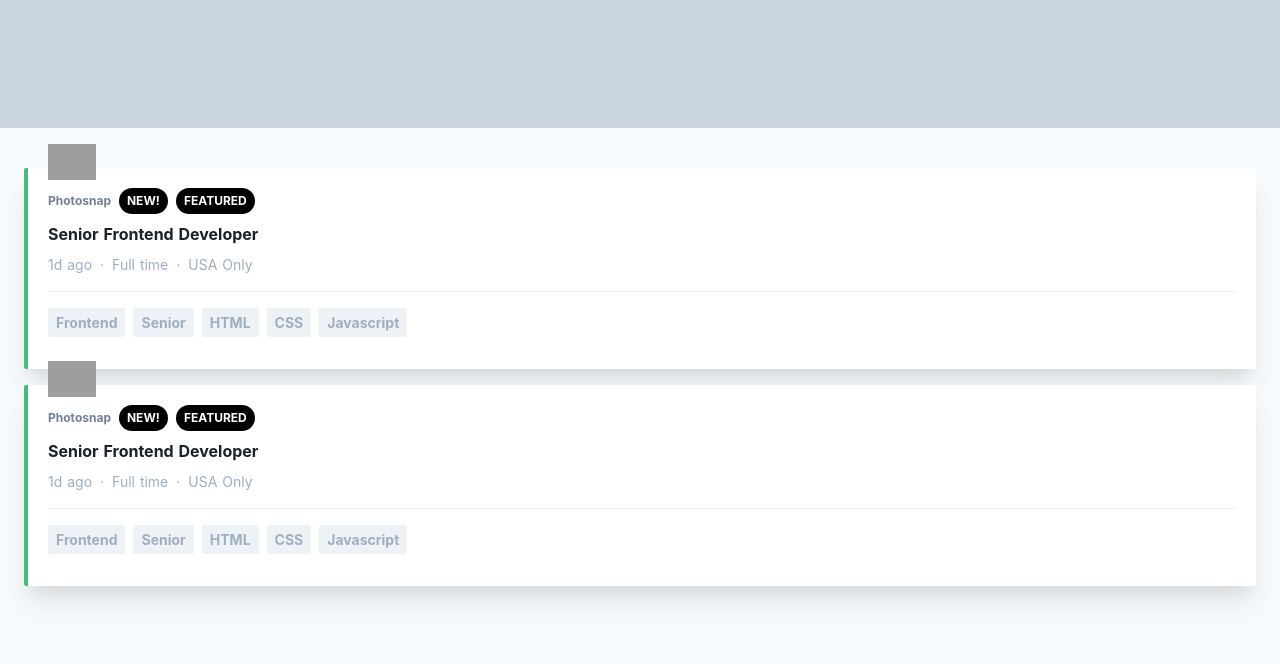
Repository: asongdon/frontendmentor-joblisting
Page: /
An editor plug-in stored every save of this project. The page is shown before and after the next save, followed by the edit.
The browser window is 1280 px wide. The pictures show the whole page.
Pictures or frames that could not be fetched are drawn as grey boxes. The project was rebuilt for these pictures with package versions that can differ from the ones it lists, and the page was loaded fresh each time. The framework's server and built-in components were replaced by stand-ins that run in the browser. Also part of the build but not shown: nuxt.config.js.

Above is the page before, as saved 2020-04-12 21:03:17.

### layouts/default.vue
<template>
  <div class="h-screen">
    <Header/>
    <nuxt />
  </div>
</template>

<script>
import Header from '@/components/Header.vue'

export default {
  components: {
    Header
  },
}
</script>

<style>
html {
  font-family: 'Inter', -apple-system, BlinkMacSystemFont, 'Segoe UI',
    Roboto, 'Helvetica Neue', Arial, sans-serif;
  font-size: 16px;
  word-spacing: 1px;
  -ms-text-size-adjust: 100%;
  -webkit-text-size-adjust: 100%;
  -moz-osx-font-smoothing: grayscale;
  -webkit-font-smoothing: antialiased;
  box-sizing: border-box;
  @apply bg-gray-100;
}

*,
*:before,
*:after {
  box-sizing: border-box;
  margin: 0;
}

.button--green {
  display: inline-block;
  border-radius: 4px;
  border: 1px solid #3b8070;
  color: #3b8070;
  text-decoration: none;
  padding: 10px 30px;
}

.button--green:hover {
  color: #fff;
  background-color: #3b8070;
}

.button--grey {
  display: inline-block;
  border-radius: 4px;
  border: 1px solid #35495e;
  color: #35495e;
  text-decoration: none;
  padding: 10px 30px;
  margin-left: 15px;
}

.button--grey:hover {
  color: #fff;
  background-color: #35495e;
}
</style>

### pages/index.vue
<template>
  <div class="container py-10 px-6">
    <Maincard/>
    <Maincard/>
  </div>
</template>

<script>
import Maincard from '@/components/Maincard'
export default {
  components: {
    Maincard
  }
}
</script>

<style>
/* Sample `apply` at-rules with Tailwind CSS
.container {
  @apply min-h-screen flex justify-center items-center text-center mx-auto;
}
*/

</style>

### components/Header.vue
<template>
  <div class="w-full h-32 bg-gray-400"></div>
</template>

<script>
export default {}
</script>

<style></style>

### components/Maincard.vue
<template>
  <div
    class="flex flex-col flex-no-wrap rounded-sm px-5 border-l-4 border-green-500 bg-white shadow-xl pb-4 mb-4"
  >
    <div class="-mt-6 mb-2">
      <img class="w-12" src="~/assets/logos/faceit.svg" alt="" />
    </div>

    <div class="flex items-center">
      <div class="text-xs font-bold text-gray-600">Photosnap</div>
      <div class="flex text-xs font-bold">
        <div class="bg-black text-white rounded-full px-2 py-1 uppercase ml-2">
          New!
        </div>
        <div class="bg-black text-white rounded-full px-2 py-1 uppercase ml-2">
          Featured
        </div>
      </div>
    </div>

    <div class="mt-2 font-bold text-gray-900">
      Senior Frontend Developer
    </div>

    <div class="flex text-sm mt-2 text-gray-500 border-b border-gray-200 pb-4">
      <div class="mr-2">1d ago</div>
      <div class="mr-2">·</div>
      <div class="mr-2">Full time</div>
      <div class="mr-2">·</div>
      <div>USA Only</div>
    </div>

    <div class="mt-4 flex flex-wrap justify-start">
      <div
        class="px-2 py-1 bg-gray-200 text-gray-500 rounded-sm font-bold mr-2 mb-4 text-sm"
      >
        Frontend
      </div>
      <div
        class="px-2 py-1 bg-gray-200 text-gray-500 rounded-sm font-bold mr-2 mb-4 text-sm"
      >
        Senior
      </div>
      <div
        class="px-2 py-1 bg-gray-200 text-gray-500 rounded-sm font-bold mr-2 mb-4  text-sm"
      >
        HTML
      </div>
      <div
        class="px-2 py-1 bg-gray-200 text-gray-500 rounded-sm font-bold mr-2 mb-4  text-sm"
      >
        CSS
      </div>
      <div
        class="px-2 py-1 bg-gray-200 text-gray-500 rounded-sm font-bold mr-2 mb-4  text-sm"
      >
        Javascript
      </div>
    </div>
  </div>
</template>

<script>
export default {}
</script>

<style></style>

Loaded but not shown: assets/css/tailwind.css (common file); tailwind.config.js (common file); store/filter.js (no copy from this time; the picture is the same without it); store/index.js (no copy from this time; the picture is the same without it)

After the next save:
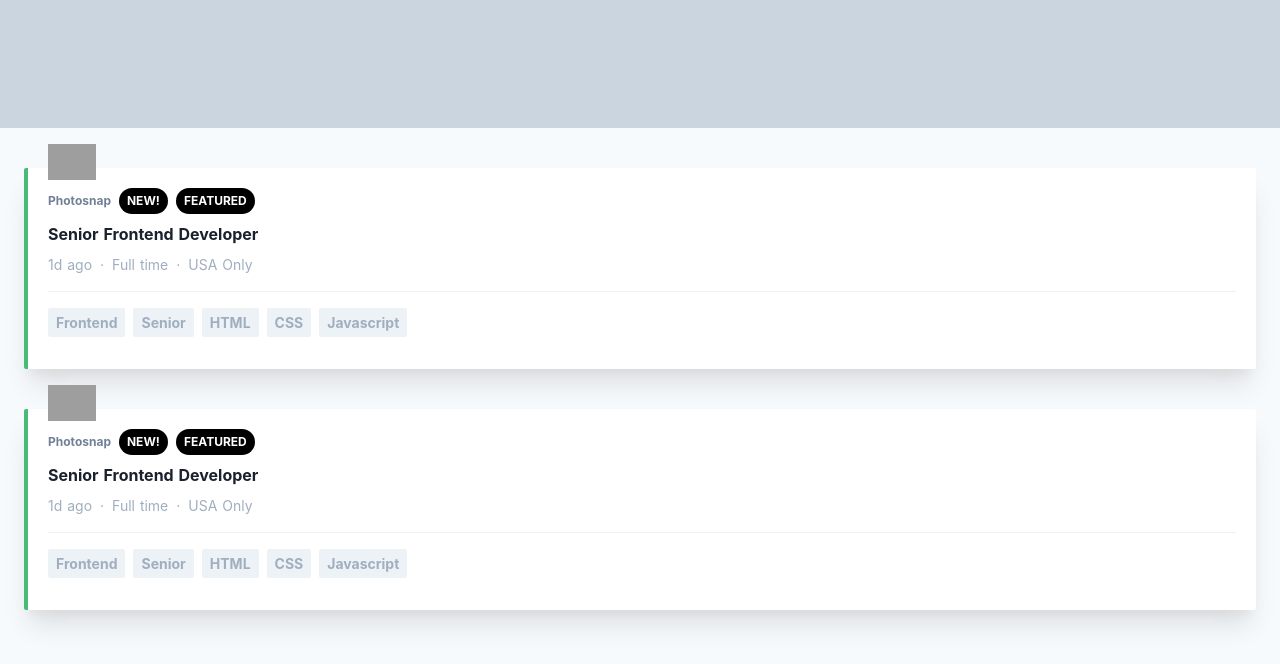
Saved 7 s later.
--- a/components/Maincard.vue
+++ b/components/Maincard.vue
@@ -1,6 +1,6 @@
 <template>
   <div
-    class="flex flex-col flex-no-wrap rounded-sm px-5 border-l-4 border-green-500 bg-white shadow-xl pb-4 mb-4"
+    class="flex flex-col flex-no-wrap rounded-sm px-5 border-l-4 border-green-500 bg-white shadow-xl pb-4 mb-10"
   >
     <div class="-mt-6 mb-2">
       <img class="w-12" src="~/assets/logos/faceit.svg" alt="" />
